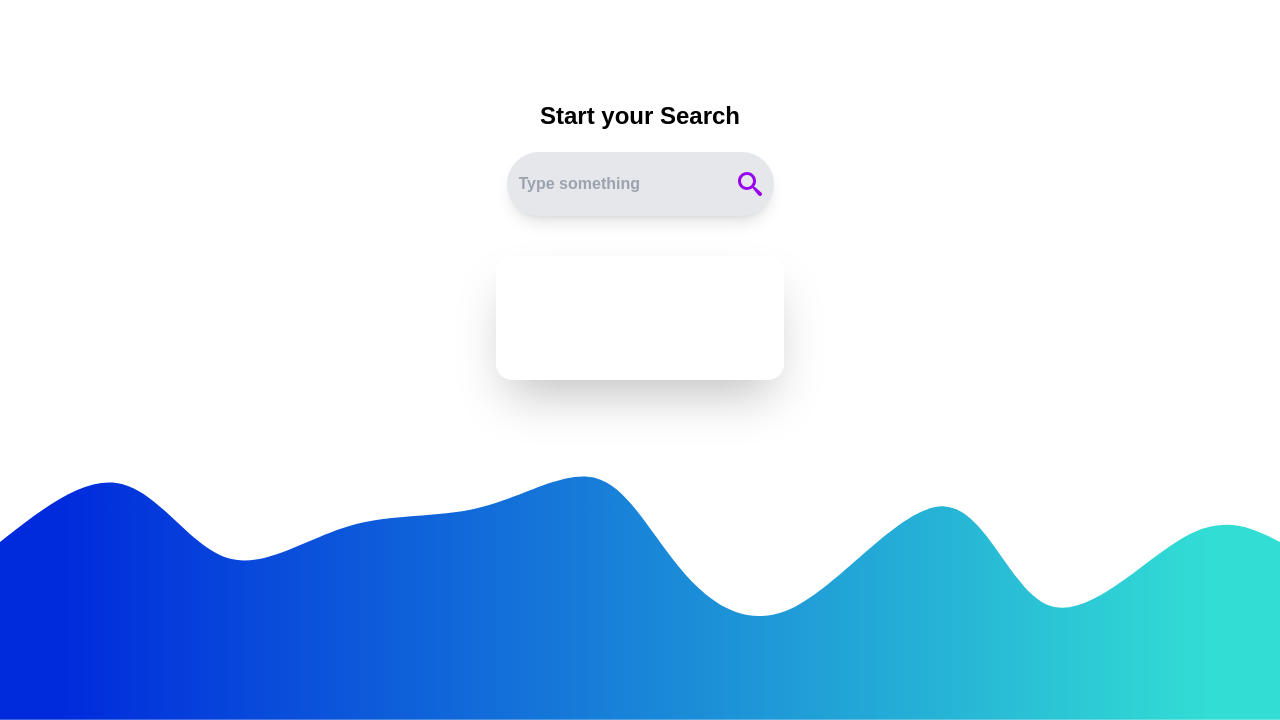
Repository: evergreenx/dictionary-octo
Page: /
These files come from the project's save history. The page is drawn as it stood at one moment and after the next save; the edit follows.
The browser window is 1280 px wide. The pictures show the whole page.
The page's requests for data from a server got no answer. The project was rebuilt for these pictures with package versions that can differ from the ones it lists, and the page was loaded fresh each time. The framework's server and built-in components were replaced by stand-ins that run in the browser. No one was signed in, and anything a server would have sent is missing. Also part of the build but not shown: next.config.js.

Above is the page before, as saved 2022-04-30 16:30:57.

### pages/index.js
import { useEffect, useState } from "react";

import Head from "next/head";
import Image from "next/image";
import bgimage from "../public/bg.svg";
import axios from "axios";

import { ImSearch } from "react-icons/im";
import RandomWord from "../components/RandomWord";

const Home = ({ res }) => {
  const [randomWord, setRandomWord] = useState("");
  const [intialWord, setIntialWord] = useState("");
  console.log(res);

  useEffect(() => {
    axios
      .get("https://random-word-api.herokuapp.com/word?number=1")
      .then((res) => {
        console.log(res.data);
        setRandomWord;
      });
  }, []);

  useEffect(() => {
    axios

      .get("https://api.dictionaryapi.dev/api/v2/entries/en/evergreen")

      .then((res) => {
        console.log(res.data);

        setIntialWord(res.data[0]);
      });
  }, []);

  console.log(intialWord, "testting");

  return (
    <div>
      <Head>
        <title>Create Next App</title>
        <meta name="description" content="Generated by create next app" />
        <link rel="icon" href="/favicon.ico" />
      </Head>

      <main className=" py-20">
        <section className="input--container pb-10 flex flex-col justify-center items-center ">
          <h1 className="text-2xl font-bold text-center py-5">
            Start your Search
          </h1>

          <div className="flex items-center bg-gray-200 shadow-lg rounded-full py-3 px-3">
            <input
              className="input--text bg-gray-200 font-bold outline-none py-2"
              type="text"
              placeholder="Type something"
            />

            <ImSearch className="text-[#9900efff] text-2xl" />
          </div>
        </section>

        <section>
          <RandomWord data={intialWord} />
        </section>
      </main>
    </div>
  );
};

export default Home;

### styles/globals.css
@tailwind base;
@tailwind components;
@tailwind utilities;

@import url("https://fonts.googleapis.com/css2?family=Quicksand&display=swap");

* {
  box-sizing: border-box;
  margin: 0;
  padding: 0;
}

body {
  background-image: url("../public/bg.svg");
  background-repeat: no-repeat;
  background-size: contain;
  background-position: bottom;

  height: 100vh;
  font-family: "Quicksand", sans-serif;
}

a {
  color: inherit;
  text-decoration: none;
}

### components/RandomWord.js
import React from "react";

const RandomWord = ({ data }) => {
  const { word, phonetics, meanings } = data;
  return (
    <div className="bg-white rounded-2xl shadow-2xl p-7 w-72 container h-auto mx-auto">
      <h2 className="font-bold text-2xl">{word}</h2>

      <p className="text-gray-400 pt-5 pb-2">
        {phonetics?.map((phonetic, index) => {
          return phonetic.text && <span key={index}>[{phonetic.text}]</span>;
        })}
      </p>

      <p className="text-black">
        {meanings?.map((text, index) => {
          return (
            text.partOfSpeech && (
              <span className="mr-4" key={index}>
                {text.partOfSpeech}
              </span>
            )
          );
        })}
      </p>

      <p className="text-black mt-10">
        {meanings?.map((text, index) => {
          return (
            text.definitions[0] && (
              <span className="mr-4 tracking-tight" key={index}>
                {text.definitions[0].definition}
              </span>
            )
          );
        })}
      </p>
    </div>
  );
};

export default RandomWord;

Loaded but not shown: pages/_app.js (common file); tailwind.config.js (common file)

After the next save:
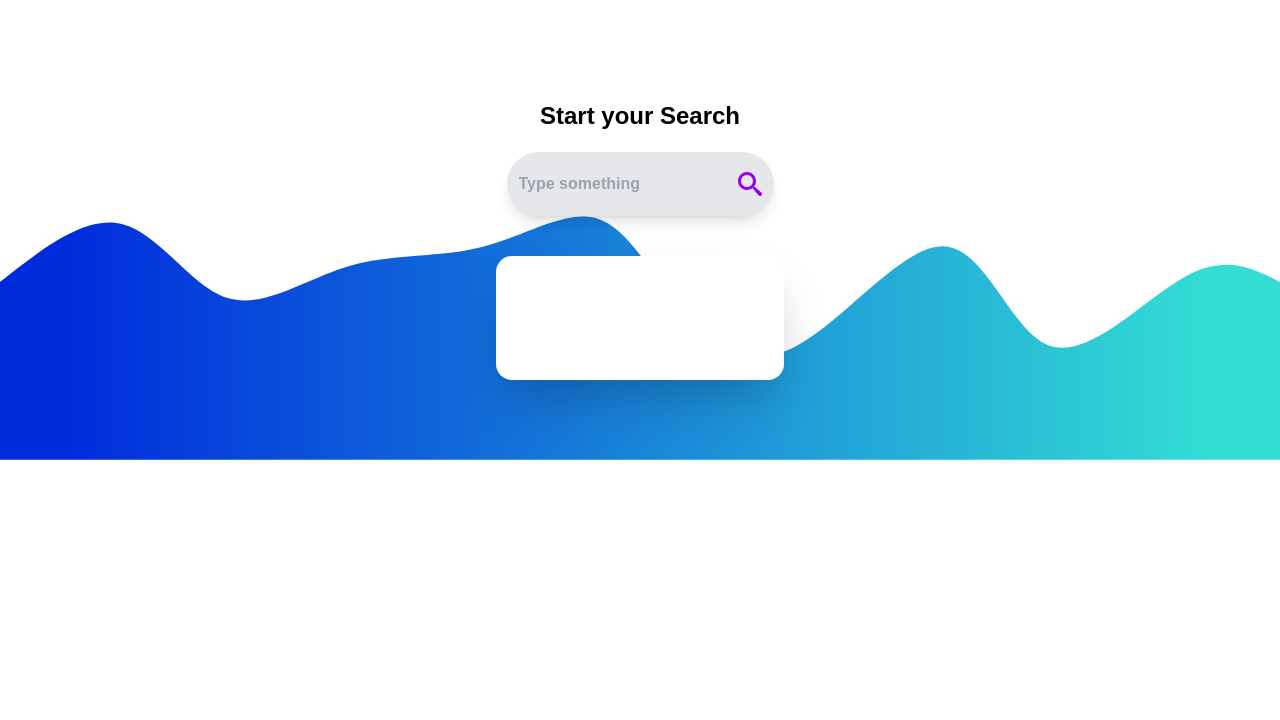
Saved 12 s later.
--- a/styles/globals.css
+++ b/styles/globals.css
@@ -16,7 +16,7 @@ body {
   background-size: contain;
   background-position: bottom;
 
-  height: 100vh;
+  height: 100%;
   font-family: "Quicksand", sans-serif;
 }
 
